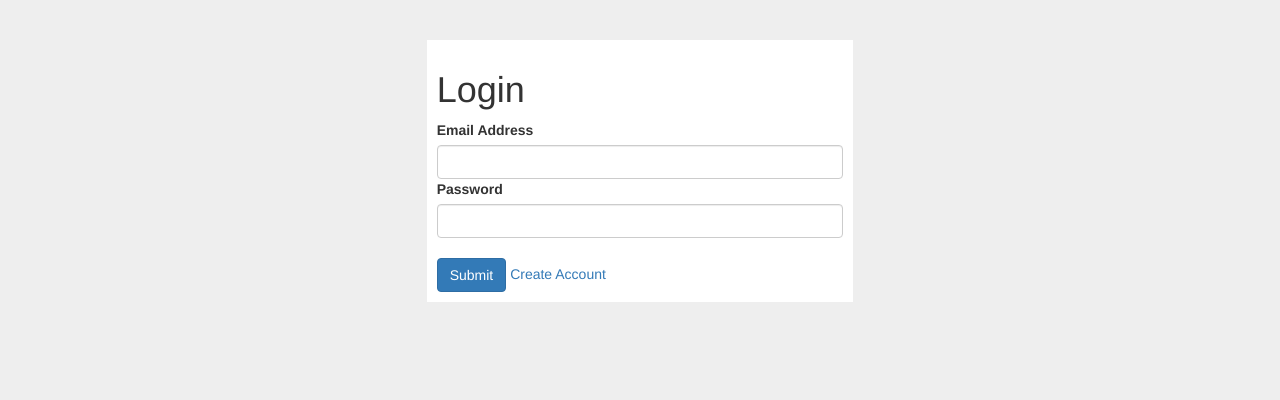
Repository: neoighodaro-articles/migrating-to-laravel
Page: http://localhost/register.php
An editor plug-in stored every save of this project. The page is shown before and after the next save, followed by the edit.
The browser window is 1280 px wide. The pictures show the whole page.
The page is run by PHP 8.4 with error messages shown; the project is at /var/www/html/.

Above is the page before, as saved 2018-06-12 22:40:42.

After the next save:
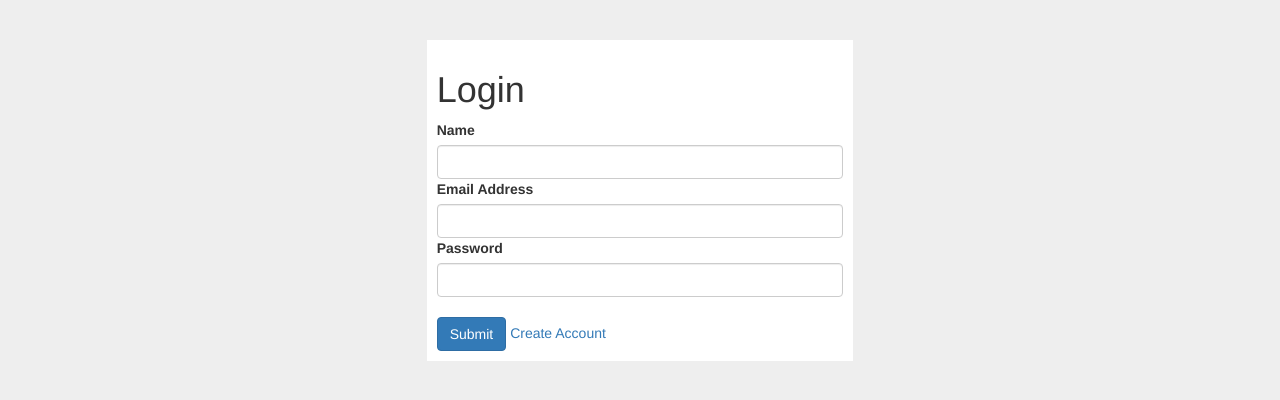
Saved 17 s later.
--- a/vanilla/register.php
+++ b/vanilla/register.php
@@ -23,6 +23,8 @@
     <div class="col-md-4 col-md-offset-4 login">
       <form method="POST">
         <h1> Login </h1>
+        <label>Name</label>
+        <input type="text" class="form-control" name="email" required>
         <label>Email Address</label>
         <input type="text" class="form-control" name="email" required>
         <label>Password</label>
